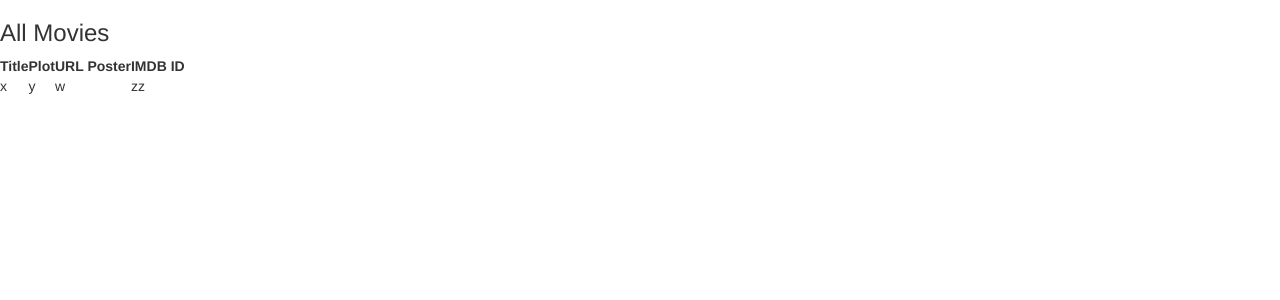
Repository: gitsana/JoseAnnunziato
Page: MyRestfulService/WebContent/movies.html
The author's editor kept a copy of each file at every save. The page is drawn from the files as they stood at one save, then again after the next save.
The browser window is 1280 px wide. The pictures show the whole page.

Above is the page before, as saved 2015-10-02 01:16:31.

After the next save:
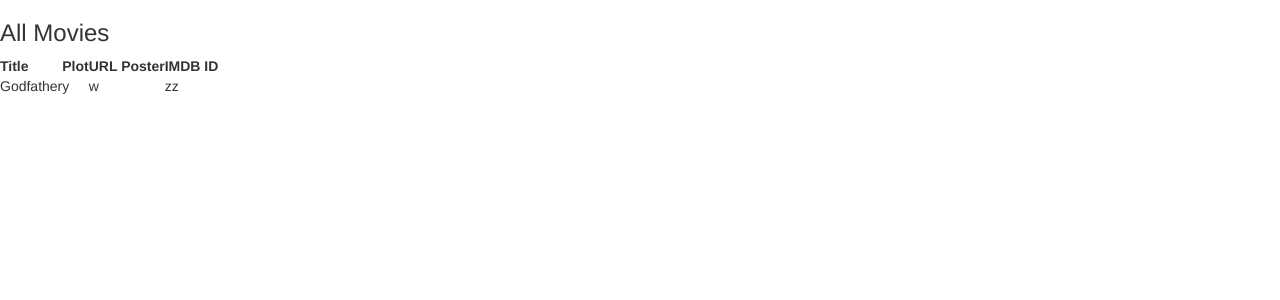
Saved 2 min 49 s later.
--- a/MyRestfulService/WebContent/movies.html
+++ b/MyRestfulService/WebContent/movies.html
@@ -26,7 +26,7 @@
 				imdbid: "tt0068646"
 		};
 
-		$("#movietable").last().append("<tr><td>x</td><td>y</td><td>w</td><td>zz</td></tr>");
+		$("#movietable").last().append("<tr><td>" + movie.title + "</td><td>y</td><td>w</td><td>zz</td></tr>");
 
 	});
 </script>
